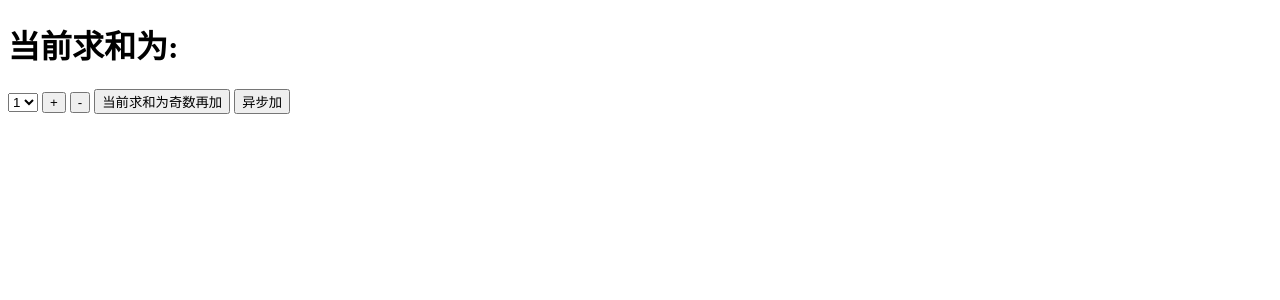
Repository: JinYiGao/ReactLearning
Page: / (app in 14.React脚手架/redux_test/)
These files come from the project's save history. The page is drawn as it stood at one moment and after the next save; the edit follows.
The browser window is 1280 px wide. The pictures show the whole page.
The project was rebuilt for these pictures with package versions that can differ from the ones it lists, and the page was loaded fresh each time.

Above is the page before, as saved 2022-04-12 16:30:10.

### 14.React脚手架/redux_test/src/index.js
/*
 * @Descripttion:
 * @version:
 * @Author: JinYiGao
 * @Date: 2022-04-12 15:53:13
 * @LastEditors: JinYiGao
 * @LastEditTime: 2022-04-12 15:57:18
 */
import {createRoot} from 'react-dom/client';
import App from './App';

const root = createRoot(document.getElementById('root'));
root.render(<App></App>);

### 14.React脚手架/redux_test/src/App.js
/*
 * @Descripttion:
 * @version:
 * @Author: JinYiGao
 * @Date: 2022-04-12 15:53:13
 * @LastEditors: JinYiGao
 * @LastEditTime: 2022-04-12 16:00:29
 */
import React, { Component } from 'react'
import Count from './components/Count'

export default class App extends Component {
  render() {
    return (
      <div>
        <Count></Count>
      </div>
    )
  }
}

### 14.React脚手架/redux_test/src/components/Count/index.jsx
/*
 * @Descripttion:
 * @version:
 * @Author: JinYiGao
 * @Date: 2022-04-12 15:57:40
 * @LastEditors: JinYiGao
 * @LastEditTime: 2022-04-12 16:29:59
 */
import React, { Component } from 'react'
import store from '../../redux/store'

export default class Count extends Component {
  state = {count: 0}

  render() {
    return (
      <div>
          <h1>当前求和为: </h1>
          <select ref={(c)=>{this.selectNode = c}}>
              <option value="1">1</option>
              <option value="2">2</option>
              <option value="3">3</option>
          </select>&nbsp;
          <button onClick={this.increment}>+</button>&nbsp;
          <button onClick={this.decrement}>-</button>&nbsp;
          <button onClick={this.decrementIfOdd}>当前求和为奇数再加</button>&nbsp;
          <button onClick={this.decrementAsync}>异步加</button>&nbsp;
      </div>
    )
  }

  increment =()=>{
      const count = this.state.count;
      const value = this.selectNode.value;
      this.setState({count: count + value * 1});
  }

  decrement = ()=>{
    const count = this.state.count;
    const value = this.selectNode.value;
    this.setState({count: count - value * 1});
  }

  decrementIfOdd = ()=>{
    const count = this.state.count;
    const value = this.selectNode.value;
    if(count % 2 !== 0){
        this.setState({count: count + value * 1});
    }
  }

  decrementAsync = ()=>{
    const count = this.state.count;
    const value = this.selectNode.value;
    setTimeout(() => {
        this.setState({count: count + value * 1});
    }, 200);
  }
}

### 14.React脚手架/redux_test/src/redux/store.js
/*
 * @Descripttion:
 * @version:
 * @Author: JinYiGao
 * @Date: 2022-04-12 16:09:48
 * @LastEditors: JinYiGao
 * @LastEditTime: 2022-04-12 16:29:45
 */

// 引入createStore,专门用于创建redux中最为核心的store对象
import { createStore } from "redux"
// 引入为Count组件服务的reducer
import countReducer from './count_reducer'

const store = createStore(countReducer);
console.log(store);

// 暴露一个全局唯一store对象
export default store

### 14.React脚手架/redux_test/src/redux/count_reducer.js
/*
 * @Descripttion:
 * @version:
 * @Author: JinYiGao
 * @Date: 2022-04-12 16:09:43
 * @LastEditors: JinYiGao
 * @LastEditTime: 2022-04-12 16:24:54
 */

const initState = 0;
// 创建一个用于为Count组件服务的reducer, reducer本质是一个函数
export default function countReducer(preState=initState, action){
    const {type, data} = action;
    switch (type) {
        case 'increment':
            return preState + data;
        case 'decrement':
            return preState - data;
        default:
            return preState;
    }
}

Loaded but not shown: 14.React脚手架/redux_test/public/index.html (common file)

After the next save:
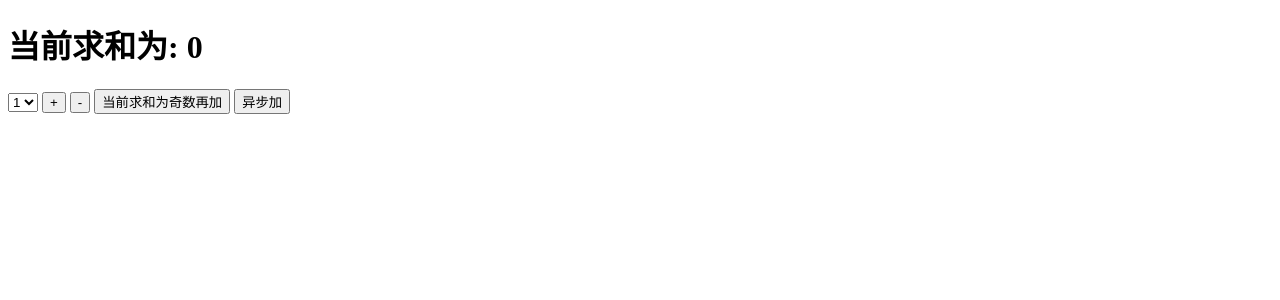
Saved 12 s later.
--- a/14.React脚手架/redux_test/src/components/Count/index.jsx
+++ b/14.React脚手架/redux_test/src/components/Count/index.jsx
@@ -15,7 +15,7 @@
   render() {
     return (
       <div>
-          <h1>当前求和为: </h1>
+          <h1>当前求和为: {store.getState()}</h1>
           <select ref={(c)=>{this.selectNode = c}}>
               <option value="1">1</option>
               <option value="2">2</option>
